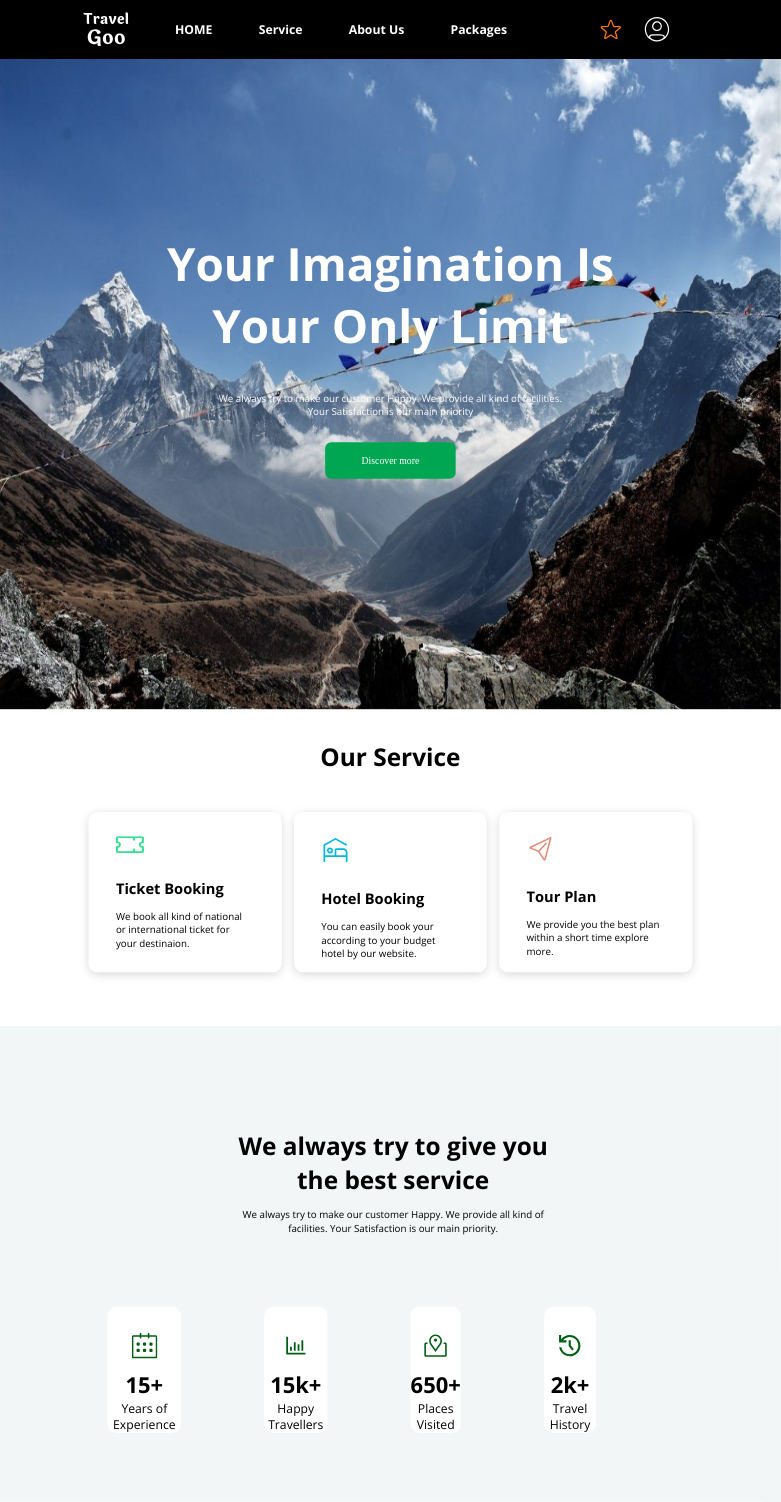
Repository: kubrazamanova/Background-Image
Page: index.html
The author's editor kept a copy of each file at every save. The page is drawn from the files as they stood at one save, then again after a run of saves.
The browser window is 1280 px wide. The pictures show the whole page, at 61% of full size.

Above is the page before, as saved 2023-10-17 19:04:49.

After the next 2 saves:
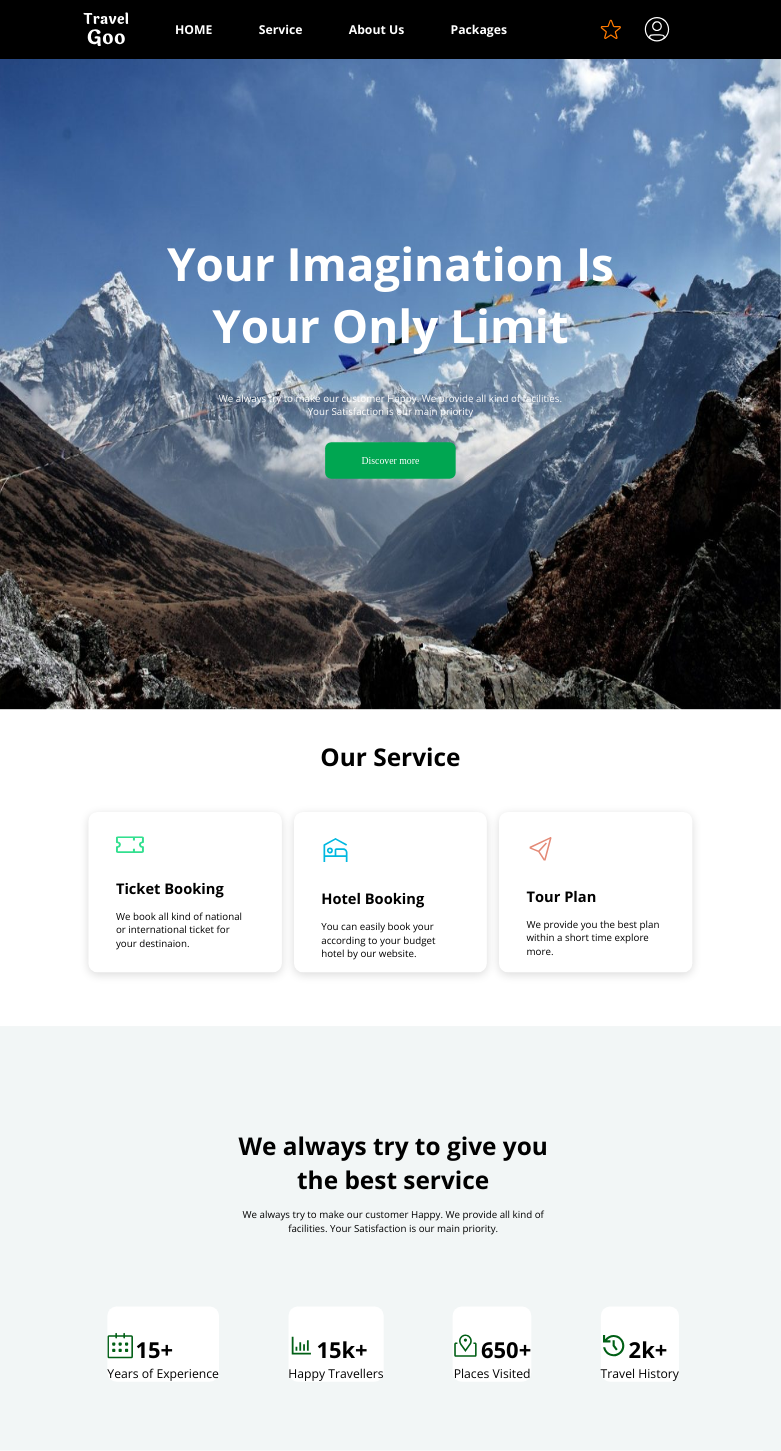
The 2 saves are shown as one change because they came seconds apart.
The last was saved 8 s later.
--- a/index.css
+++ b/index.css
@@ -199,10 +199,10 @@ main {
   height: 250px; */
   border-radius: 15px;
   background: #fff;
-  margin-right: 136px;
-  display: flex;
+  /* margin-right: 136px; */
+  /* display: flex;
   flex-direction: column;
-  align-items: center;
+  align-items: center; */
 }
 
 .best-service svg {
